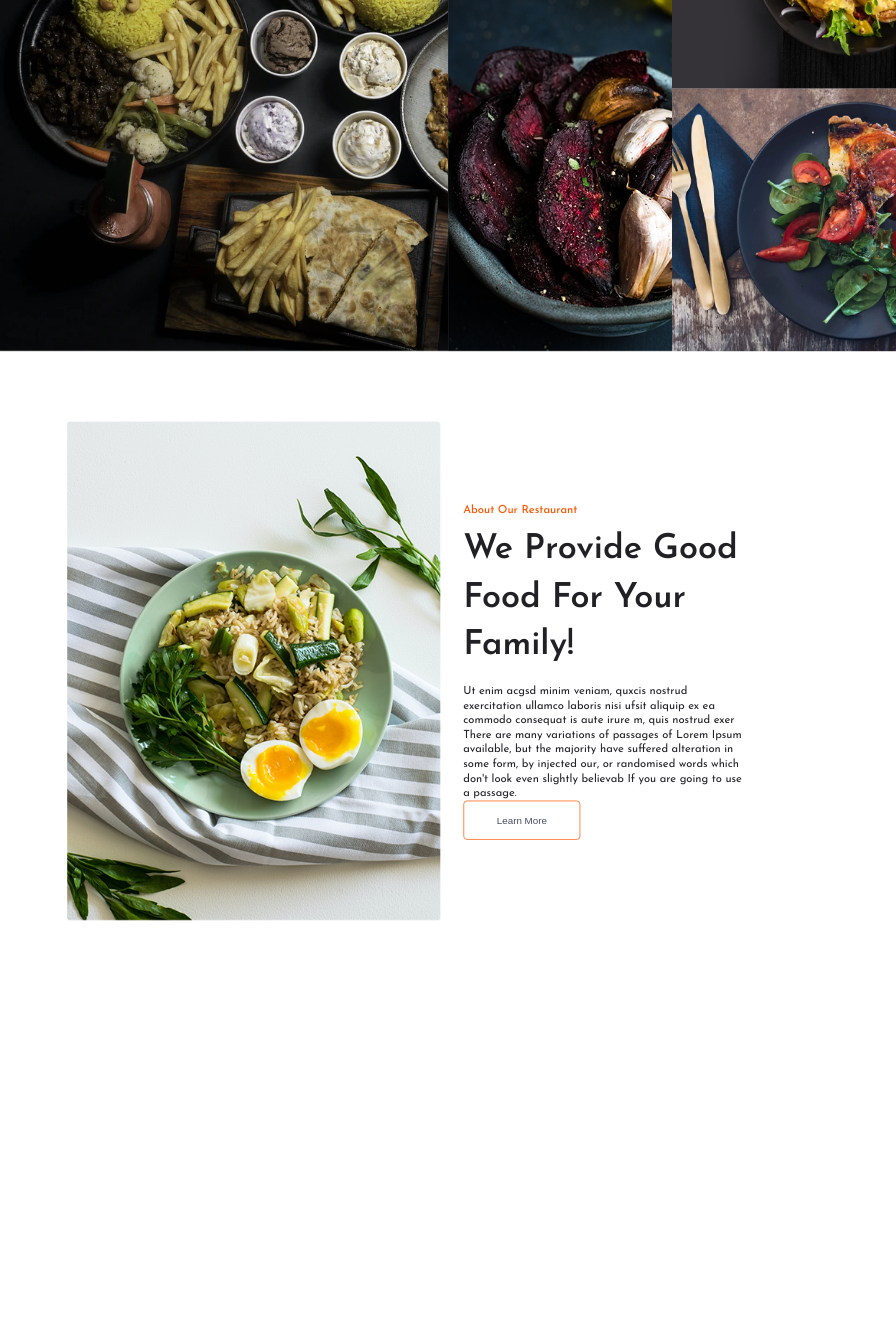
Repository: Ebtehal18/food
Page: index.html
The author's editor kept a copy of each file at every save. The page is drawn from the files as they stood at one save, then again after the next save.
The browser window is 1280 px wide. The pictures show the part of the page from y = 2554 to 4474 px (the page is 10000 px tall), at 70% of full size.

Above is the page before, as saved 2024-01-18 19:24:23.

After the next save:
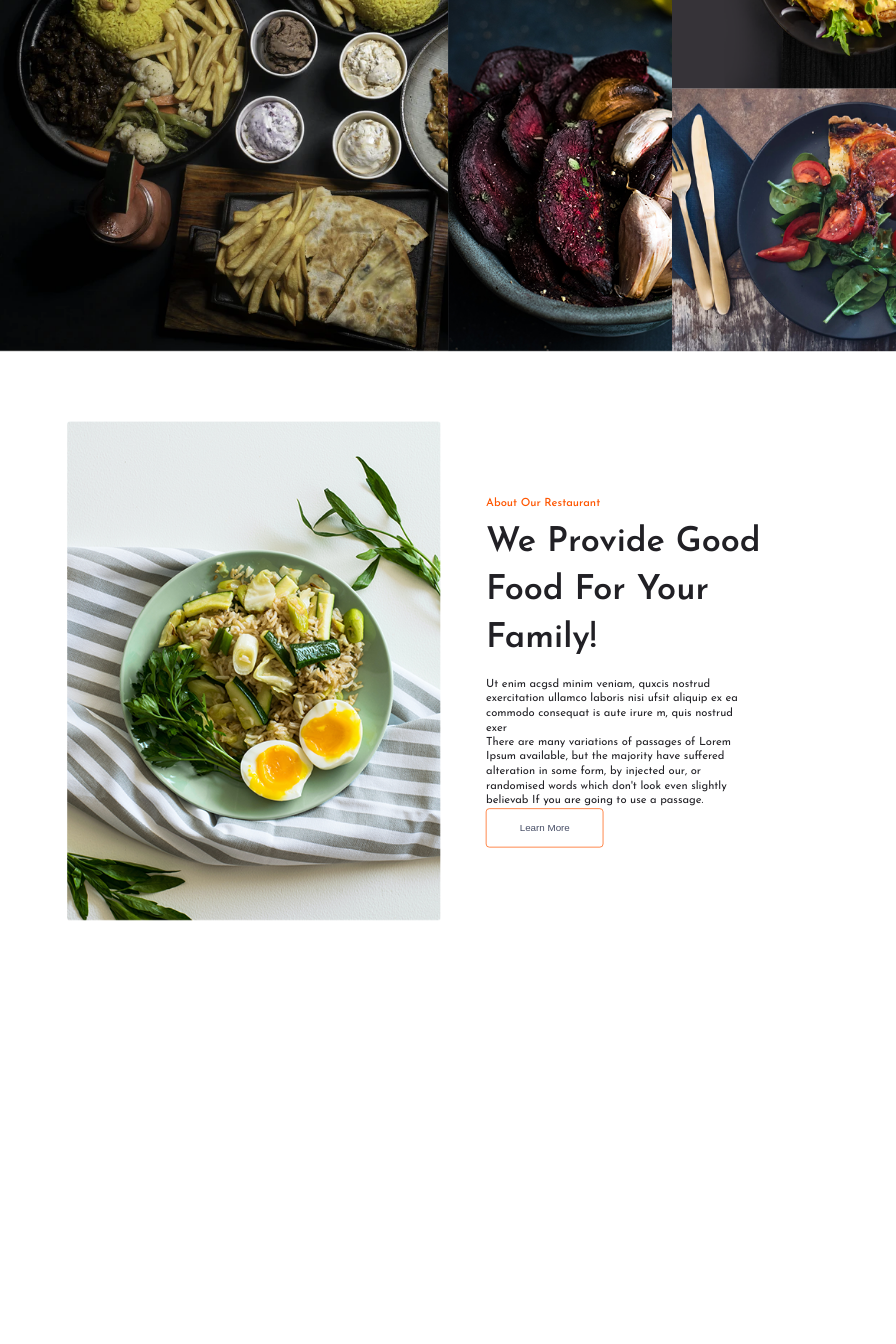
Saved 34 s later.
--- a/asessets/css/style.css
+++ b/asessets/css/style.css
@@ -642,7 +642,7 @@ label {
   align-items: center;
 }
 .blog .blog-content {
-  width: 48%;
+  width: 45%;
 }
 .blog .blog-img {
   width: 49%;
